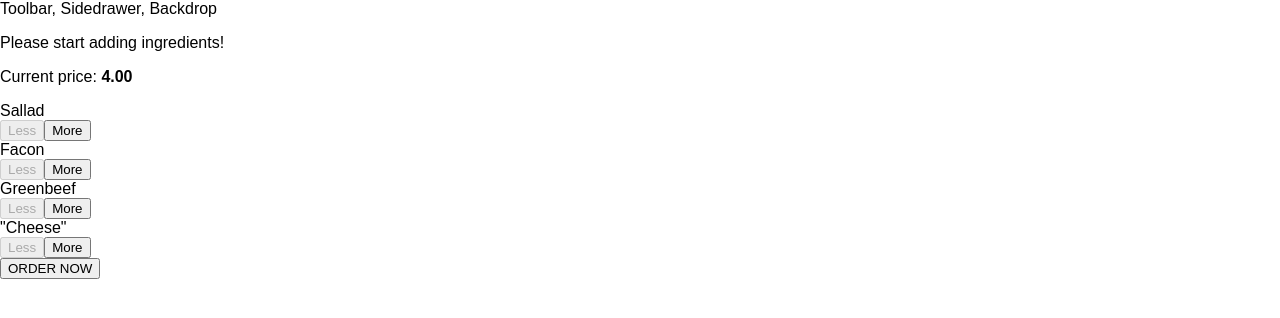
Repository: JuanitaPirizadeh/Burger-builder-react
Page: /
An editor plug-in stored every save of this project. The page is shown before and after the next save, followed by the edit.
The browser window is 1280 px wide. The pictures show the whole page.
The project was rebuilt for these pictures with package versions that can differ from the ones it lists, and the page was loaded fresh each time. Also part of the build but not shown: src/components/Layout/Layout.css, src/components/Burger/Burger.css, src/components/Burger/BurgerIngredient/BurgerIngredient.css, src/components/Burger/BuildControls/BuildControl/BuildControl.css, src/components/Burger/BuildControls/BuildControls.css.

Above is the page before, as saved 2020-01-06 11:57:37.

### src/index.css
body {
  margin: 0;
  padding: 0;
  font-family: "Opens sans", sans-serif;
}

### src/App.js
import React, { Component } from 'react';
import Layout from './components/Layout/Layout';
import BurgerBuilder from './containers/BurgerBuilder/BurgerBuilder'


class App extends Component {
  render() {
    return (
      <div>
        <Layout>
        <BurgerBuilder />
        </Layout>
      </div>
    );
  }
}

export default App;

### src/components/Layout/Layout.js
import React from 'react';
import Aux from '../../hoc/Aux';
import classes from './Layout.css'

const layout = (props) => (
    <Aux>
        <div>Toolbar, Sidedrawer, Backdrop </div>
        <main className={classes.Content}>
            {props.children}
        </main>
  </Aux>
);

export default layout;

### src/containers/BurgerBuilder/BurgerBuilder.js
import React, {Component} from 'react';
import Aux from '../../hoc/Aux';
import Burger from '../../components/Burger/Burger';
import BuildControls from '../../components/Burger/BuildControls/BuildControls';


const INGREDIENT_PRICES = {
    sallad: 0.5,
    cheese: 0.5,
    greenbeef: 1.5,
    facon: 0.7,
}


class BurgerBuilder extends Component {
    state = {
        ingredients: {
            sallad: 0,
            cheese: 0,
            greenbeef: 0,
            facon: 0,
        },
        totalPrice: 4,
        purchaseable: false
    }

    updatePurchaseState() {
        const ingredients = {
            ...this.state.ingredients
        };
        const sum = Object.keys(ingredients).map(igKey => {
            return ingredients[igKey]
        })
        .reduce((sum, el) =>{
            return sum + el;
        }, 0);
        this.setState({purchaseable: sum > 0});
    }
    addIngredientHandler = (type) => {
        const oldCount = this.state.ingredients[type];
        const updatedCount = oldCount + 1;
        const updatedIngredients = {
            ...this.state.ingredients
        };
        updatedIngredients[type] = updatedCount;
        const priceAddition = INGREDIENT_PRICES[type];
        const oldPrice = this.state.totalPrice;
        const newPrice = oldPrice + priceAddition;
        this.setState({totalPrice: newPrice, ingredients: updatedIngredients})

    }

    removeIngredientHandler = (type) => {
            const oldCount = this.state.ingredients[type];
            if (oldCount <= 0) {
                return;
            }
            const updatedCount = oldCount - 1;
            const updatedIngredients = {
                ...this.state.ingredients
            };
            updatedIngredients[type] = updatedCount;
            const priceDeduction = INGREDIENT_PRICES[type];
            const oldPrice = this.state.totalPrice;
            const newPrice = oldPrice - priceDeduction;
            this.setState({totalPrice: newPrice, ingredients: updatedIngredients})

    }

    render(){
        const disabledInfo = {
                ...this.state.ingredients
            };
            for (let key in disabledInfo) {
                disabledInfo[key] = disabledInfo[key] <= 0
            }
        return(

<Aux>
    <Burger ingredients={this.state.ingredients} />
    <BuildControls
    ingredientAdded={this.addIngredientHandler}
    ingredientRemoved={this.removeIngredientHandler}
    disabled={disabledInfo}
    purchaseable={this.state.purchaseable}
    price={this.state.totalPrice} />
</Aux>
        );
    }
}

export default BurgerBuilder;

### src/components/Burger/Burger.js
import React from 'react';
import classes from './Burger.css';
import BurgerIngredient from './BurgerIngredient/BurgerIngredient';

const burger = (props) => {
    let transformedIngredients = Object.keys(props.ingredients)
    .map(igKey => {
        return [...Array(props.ingredients[igKey])].map((_, i) => {
            return <BurgerIngredient key={igKey + i} type={igKey} />;
        }); //Array with two elements
    })
    .reduce((arr, el) => {
        return arr.concat(el)
    }, []);

    if (transformedIngredients.length === 0) {
        transformedIngredients = <p>Please start adding ingredients!</p>
    }

    return(
        <div className={classes.Burger}>
            <BurgerIngredient type="bread-top"/>
            {transformedIngredients}
            <BurgerIngredient type="bread-bottom" />
        </div>
    );
};

export default burger;

### src/components/Burger/BuildControls/BuildControls.js
import React from 'react';
import BuildControl from './BuildControl/BuildControl';
import classes from './BuildControls.css';


const controls = [
    {label: 'Sallad', type: 'sallad'},
    {label: 'Facon', type: 'facon'},
    {label: 'Greenbeef', type: 'greenbeef'},
    {label: '"Cheese"', type: 'cheese'},
];

const buildControls = (props) => (
    <div className={classes.BuildControls}>
        <p>Current price: <strong>{props.price.toFixed(2)}</strong></p>
        {controls.map(ctrl => (
            <BuildControl
            key={ctrl.label}
            label={ctrl.label}
            added={() => props.ingredientAdded(ctrl.type)}
            removed={() => props.ingredientRemoved(ctrl.type)}
            disabled={props.disabled[ctrl.type]}
            />
        ))}
        <button className={classes.OrderButton}
        disabled={props.purchasable}
        >ORDER NOW</button>
    </div>
);

export default buildControls;

### src/components/Burger/BurgerIngredient/BurgerIngredient.js
import React, {Component} from 'react';
import propTypes from 'prop-types';

import classes from './BurgerIngredient.css';

class BurgerIngredient extends Component {
    render(){

    let ingredient = null;

    switch (this.props.type) {
        case ('bread-bottom'):
            ingredient = <div className={classes.BreadBottom}></div>;
            break;

            case ('bread-top'):
                ingredient = (
                        <div className={classes.BreadTop}>
                       <div className={classes.Seeds1}></div>
                       <div className={classes.Seeds2}></div>
                        </div>
                        );
                break;


                case ('greenbeef'):
                    ingredient = <div className={classes.Greenbeef}></div>;
                    break;

                    case ('cheese'):
                            ingredient = <div className={classes.Cheese}></div>;
                            break;

                            case ('facon'):
                                    ingredient = <div className={classes.Facon}></div>;
                                    break;

                                    case ('sallad'):
                                            ingredient = <div className={classes.Sallad}></div>;
                                            break;

                                            default:
                                            ingredient = null;


    }
return ingredient;
}
}
BurgerIngredient.propTypes = {
    type: propTypes.string.isRequired
}
export default BurgerIngredient;

### src/components/Burger/BuildControls/BuildControl/BuildControl.js
import React from 'react';
import classes from './BuildControl.css';

const buildControl = (props) => (
    <div className={classes.BuildControl}>
        <div className={classes.Label}>{props.label}</div>

    <button
    className={classes.Less}
    onClick={props.removed}
    disabled={props.disabled}>Less</button>

    <button
    className={classes.More}
    onClick={props.added}>More</button>

    </div>
);

export default buildControl;

Loaded but not shown: src/index.js (common file); src/registerServiceWorker.js (common file); src/hoc/Aux.js (common file)

After the next save:
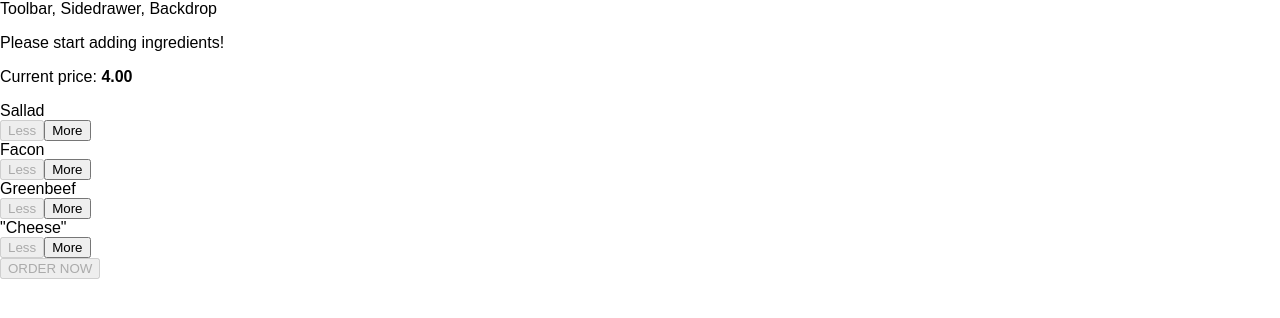
Saved 43 s later.
--- a/src/components/Burger/BuildControls/BuildControls.js
+++ b/src/components/Burger/BuildControls/BuildControls.js
@@ -23,7 +23,7 @@
             />
         ))}
         <button className={classes.OrderButton}
-        disabled={props.purchasable}
+        disabled={!props.purchasable}
         >ORDER NOW</button>
     </div>
 );
